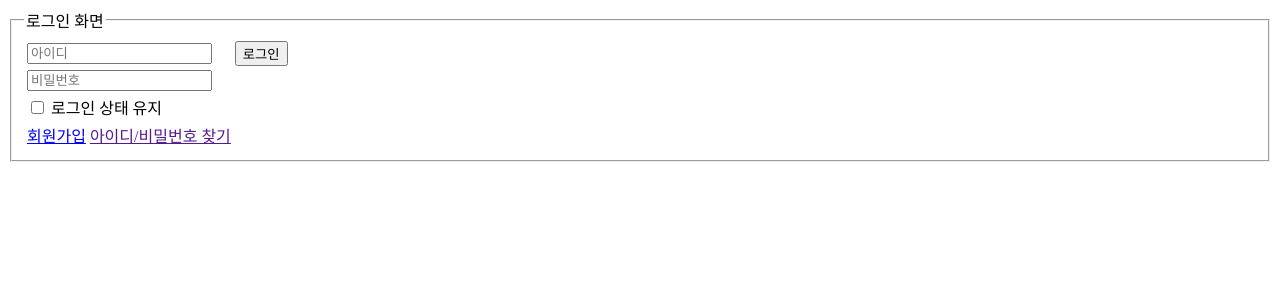
Repository: Scoobi-wisdoom/web
Page: d011/web/index.html
The author's editor kept a copy of each file at every save. The page is drawn from the files as they stood at one save, then again after the next save.
The browser window is 1280 px wide. The pictures show the whole page.

Above is the page before, as saved 2020-08-05 08:03:23.

After the next save:
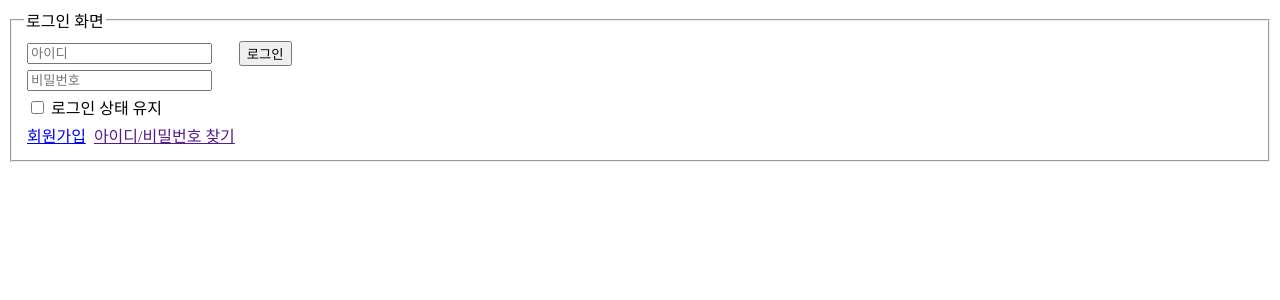
Saved 30 s later.
--- a/d011/web/index.html
+++ b/d011/web/index.html
@@ -31,7 +31,7 @@
 			</tr>
 			<tr>
 				<td>
-					<a href="/register.html">회원가입</a>
+					<a href="/register.html">회원가입</a>&nbsp;
 					<a href="">아이디/비밀번호 찾기</a>
 				</td>
 			</tr>
